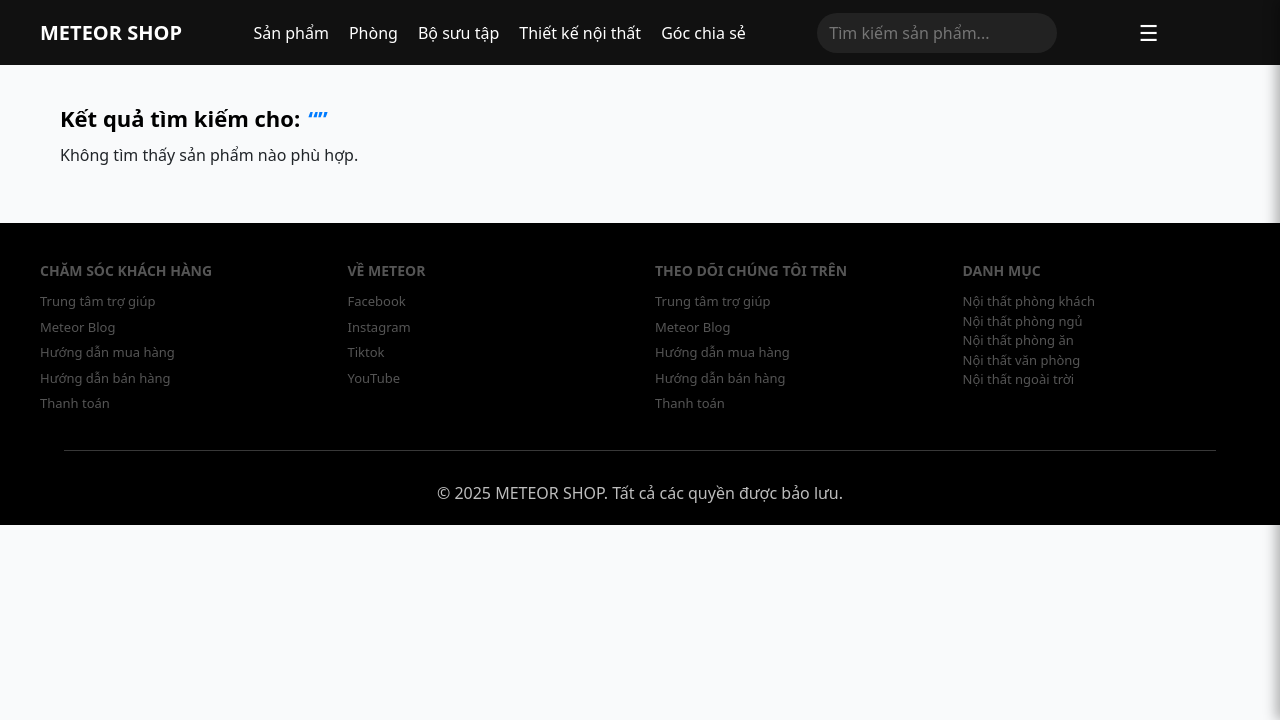
Repository: viethoa0411/Meteor-Shop
Page: http://localhost/search
The author's editor kept a copy of each file at every save. The page is drawn from the files as they stood at one save, then again after the next save.
The browser window is 1280 px wide. The pictures show the whole page.
The page is served by the project's Laravel application, run on PHP 8.4 with Laravel 12. The database holds what the project's SQL file puts in it.

Above is the page before, as saved 2025-11-09 19:27:51.

After the next save:
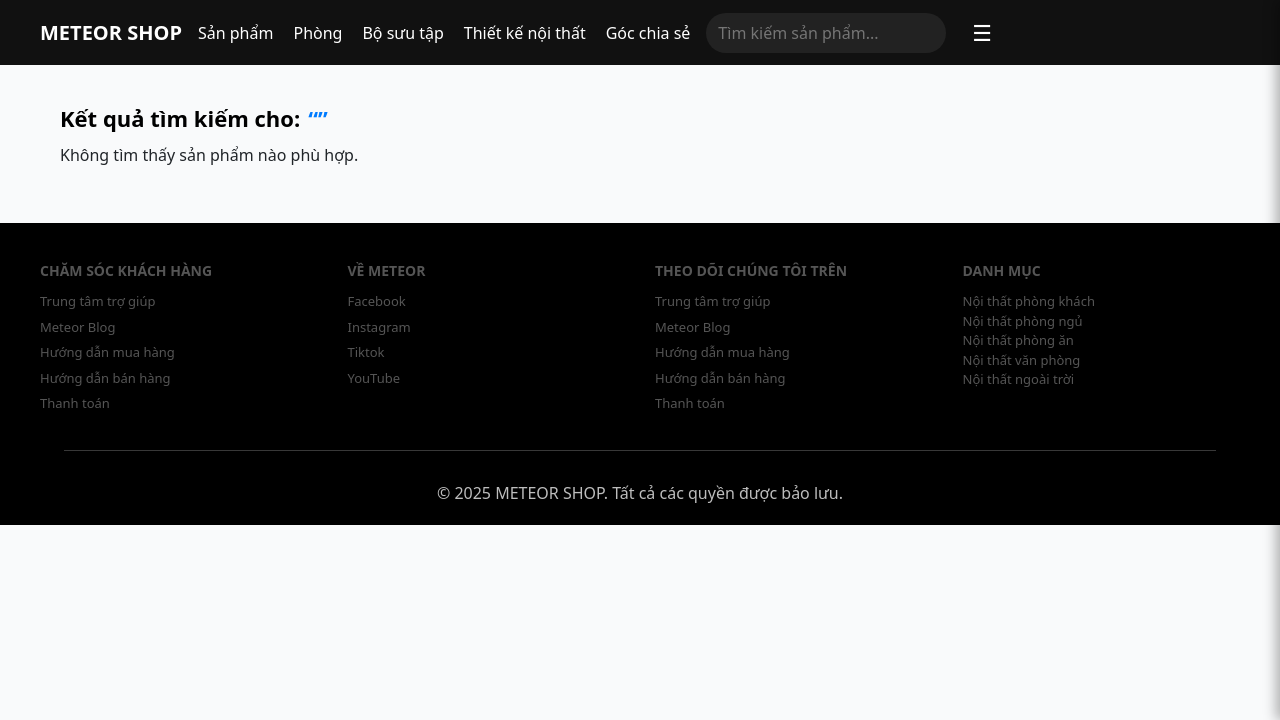
Saved 12 s later.
--- a/resources/views/client/layouts/app.blade.php
+++ b/resources/views/client/layouts/app.blade.php
@@ -343,7 +343,7 @@
 
             <!-- Icon menu dọc -->
             <div class="menu-toggle">☰</div>
-            <div class="">
+            <div class="ms-auto">
 
             </div>
         </div>
